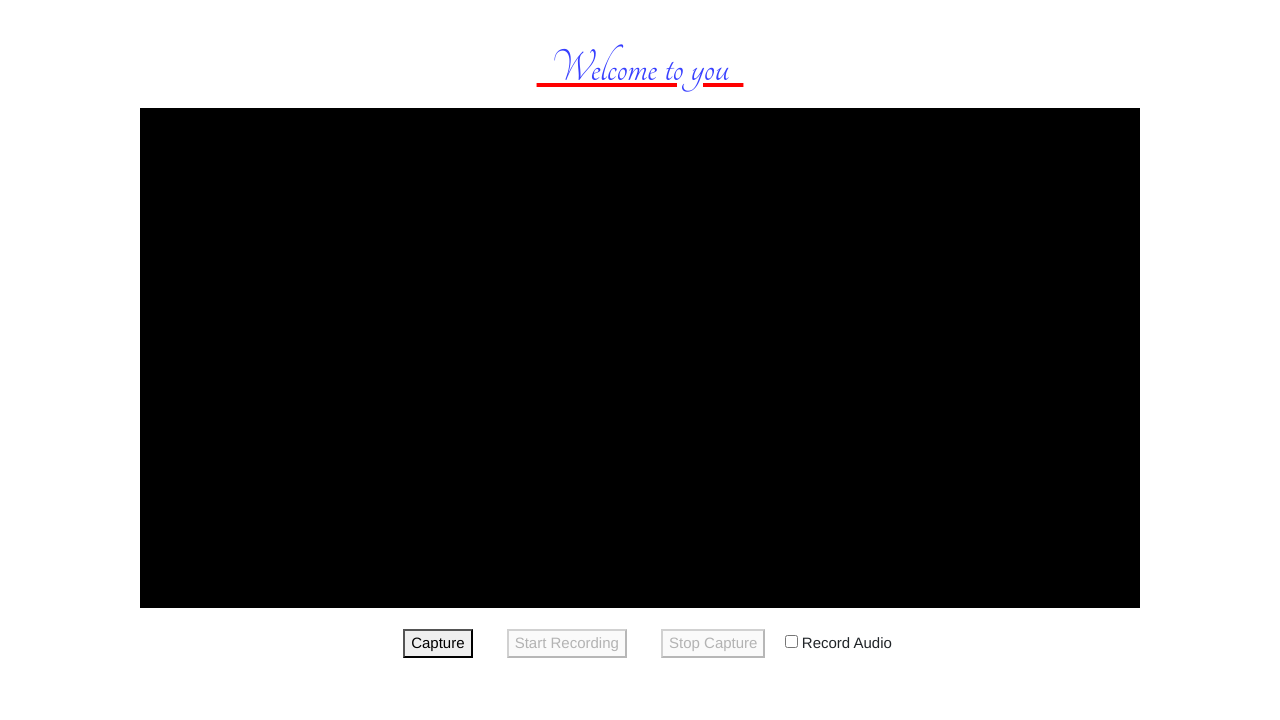
Repository: santiljanomalaj/recording_youtube
Page: index.html
These files come from the project's save history. The page is drawn as it stood at one moment and after the next save; the edit follows.
The browser window is 1280 px wide. The pictures show the whole page.

Above is the page before, as saved 2020-04-29 18:50:30.

After the next save:
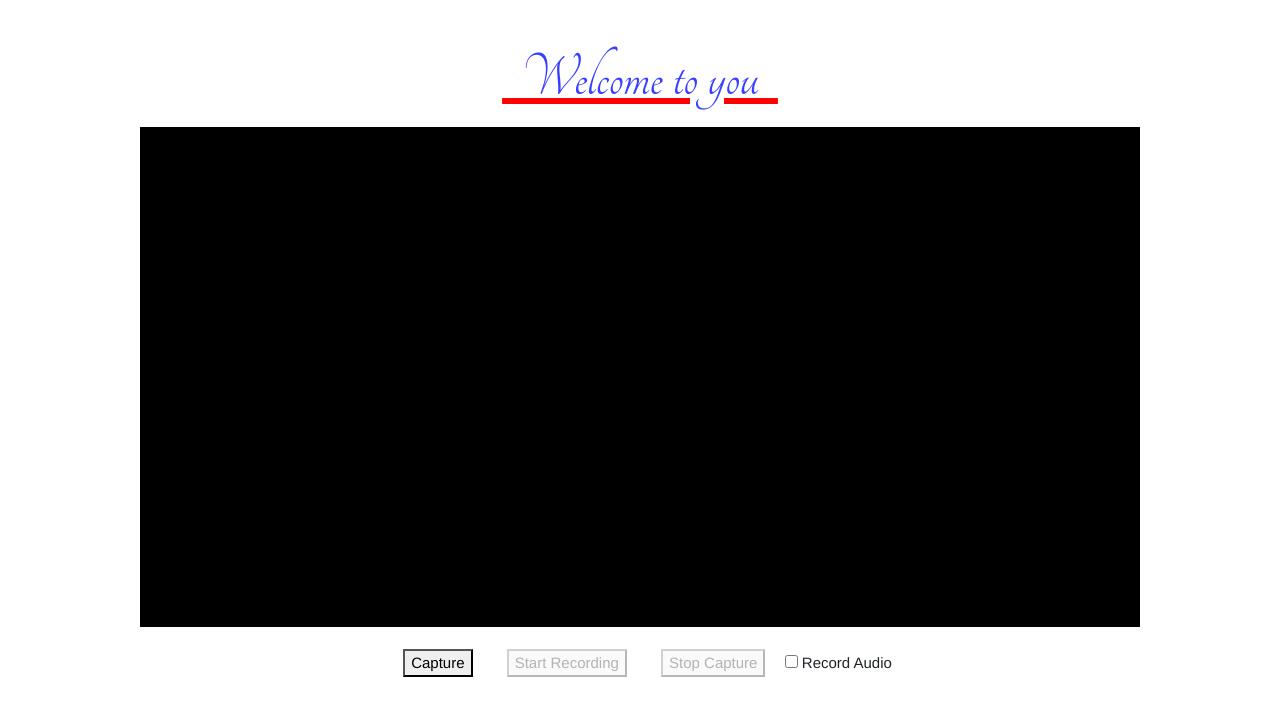
Saved 28 s later.
--- a/index.html
+++ b/index.html
@@ -23,7 +23,7 @@
     <center>
       <div class="w3-container w3-tangerine">
         <u style="color: red;"
-          ><h1 class="w3-xxxlarge">&nbsp Welcome to you &nbsp</h1></u
+          ><h1 class="w3-jumbo">&nbsp Welcome to you &nbsp</h1></u
         >
       </div>
       <p id="warning">
